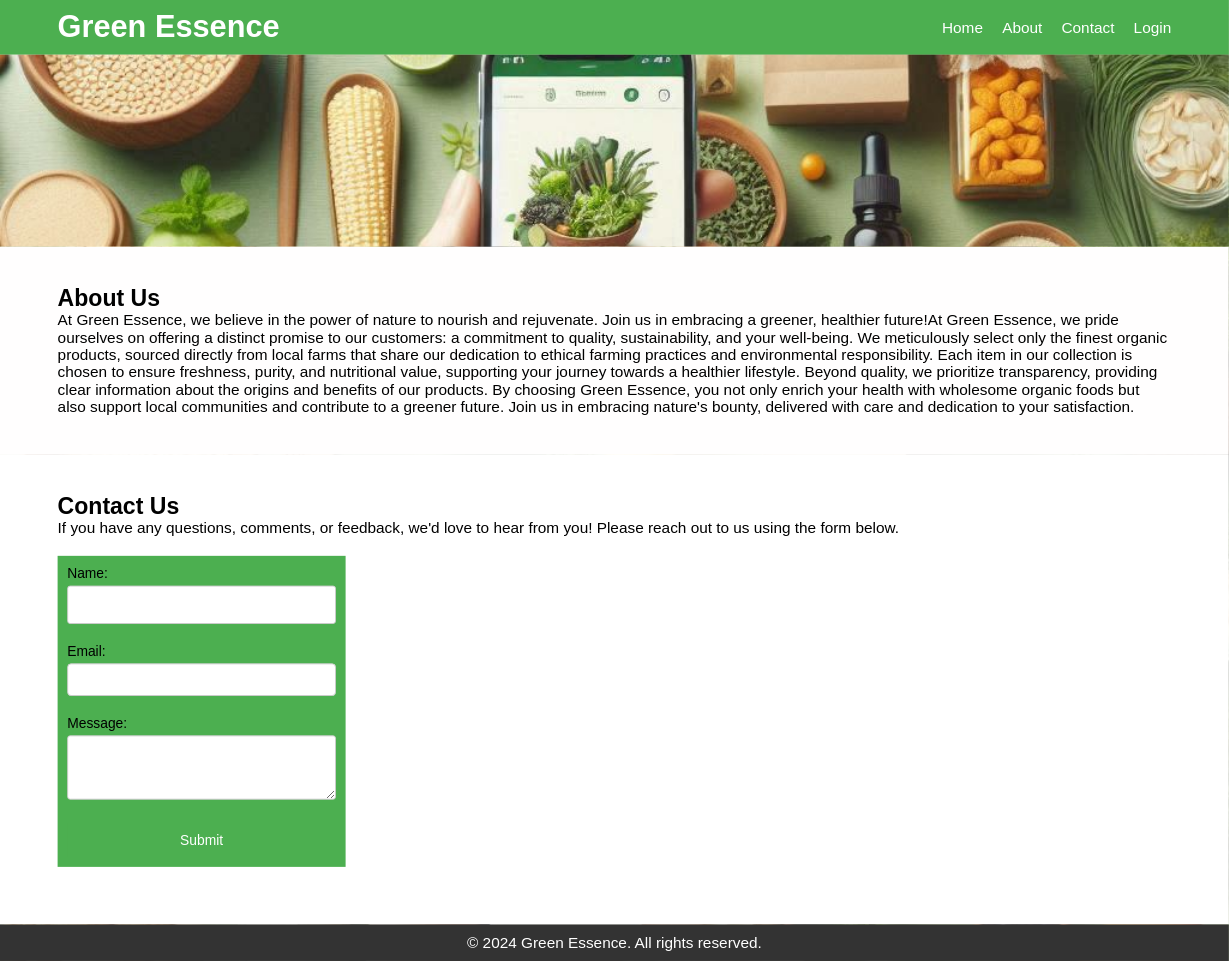
Repository: niki3210/Sahyadri
Page: Projectorganic/index.html
These files come from the project's save history. The page is drawn as it stood at one moment and after a run of saves; the edit follows.
The browser window is 1280 px wide. The pictures show the whole page, at 96% of full size.
Backgrounds fixed to the window are drawn as part of the page.

Above is the page before, as saved 2024-06-21 19:30:58.

After the next 2 saves:
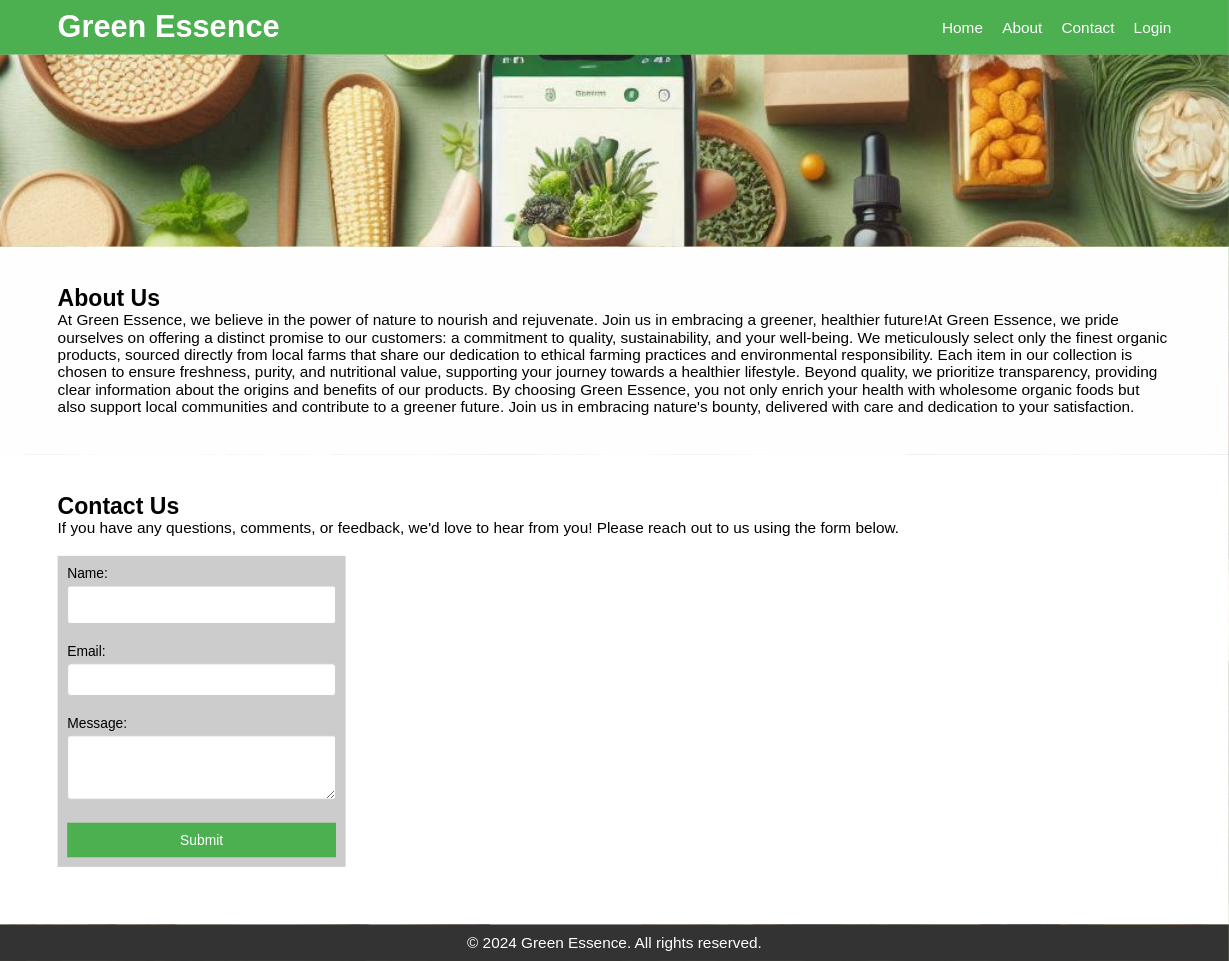
The 2 saves are shown as one change because they came seconds apart.
The last was saved 54 s later.
--- a/Projectorganic/styles.css
+++ b/Projectorganic/styles.css
@@ -94,7 +94,7 @@ section {
 }
 .contact-container {
     margin: 0 auto;
-
+    align-items: center;
     padding: 15px;
     background-color: rgb(255, 255, 255);
     border-radius: 3px;
@@ -110,7 +110,7 @@ form {
     padding: 10px;
     margin-bottom: 20px;
     border-color: #4CAF50;
-    background-color: #4CAF50;
+    background-color: #ccc;
     border-color: #0df537;
 
 }
